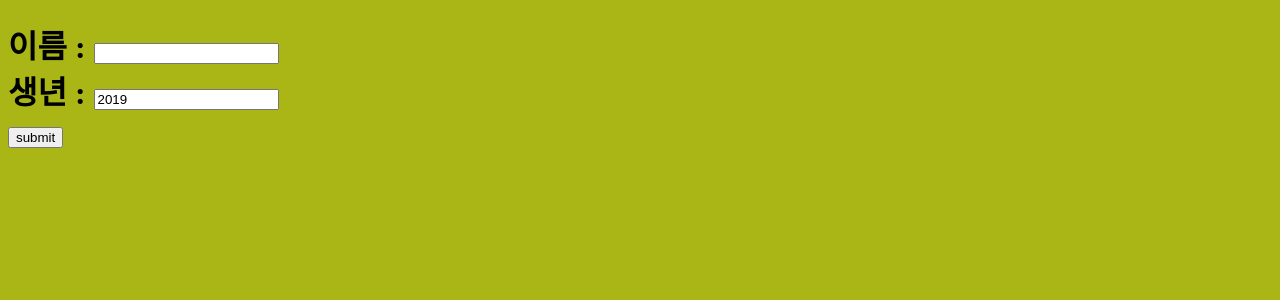
Repository: violetaplum/eclipseJSP
Page: http://localhost/JSP/inputAge.jsp
The author's editor kept a copy of each file at every save. The page is drawn from the files as they stood at one save, then again after the next save.
The browser window is 1280 px wide. The pictures show the whole page.
The page is served by Tomcat 9.

Above is the page before, as saved 2019-06-05 09:39:29.
Console error: ReferenceError: getElementByName is not defined

After the next save:
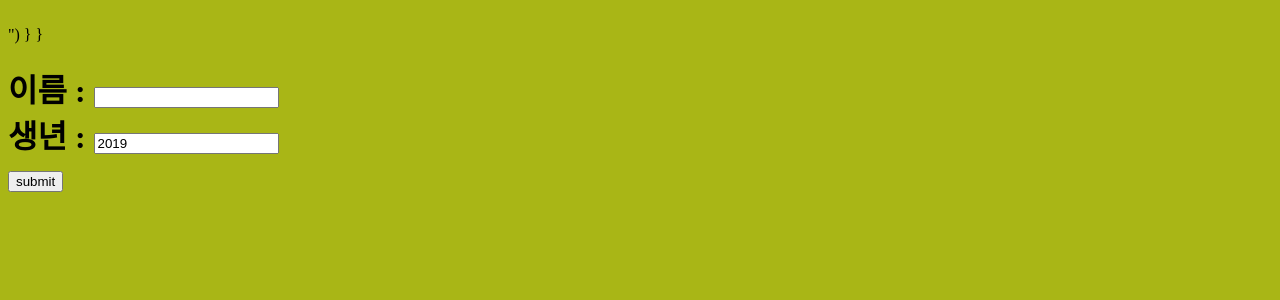
Console error: SyntaxError: Invalid or unexpected token
Saved 3 min 48 s later.
--- a/JSP/WebContent/inputAge.jsp
+++ b/JSP/WebContent/inputAge.jsp
@@ -23,6 +23,7 @@
    else
 	   {
 	   document.getElementById("body").reset()
+	   document.write("이름 :<script>document.write(getElementByName('name'))</script><br />")
 	   }
  }
 

After the save that followed:
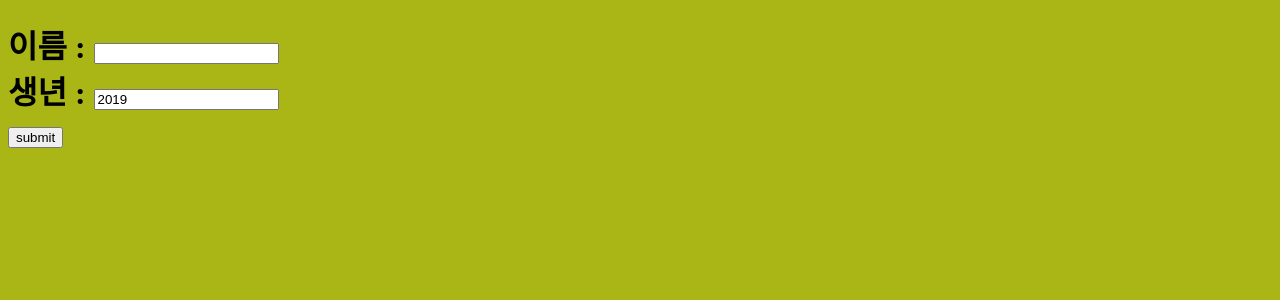
Console error: ReferenceError: getElementByName is not defined
Saved 112 s later.
--- a/JSP/WebContent/inputAge.jsp
+++ b/JSP/WebContent/inputAge.jsp
@@ -22,8 +22,7 @@
    }
    else
 	   {
-	   document.getElementById("body").reset()
-	   document.write("이름 :<script>document.write(getElementByName('name'))</script><br />")
+	   window.location.href="./hello.html"
 	   }
  }
 
